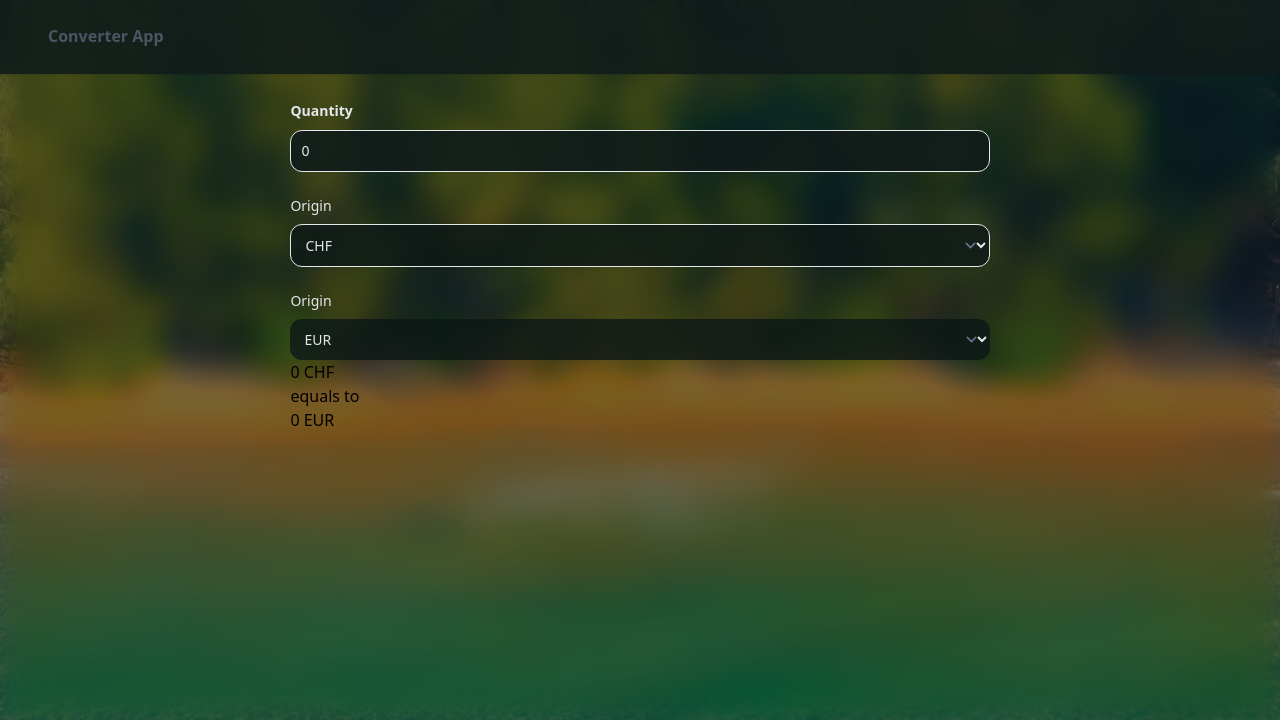
Repository: mikelCabezas/angular-exercices
Page: / (app in converter/)
These files come from the project's save history. The page is drawn as it stood at one moment and after the next save; the edit follows.
The browser window is 1280 px wide. The pictures show the whole page.
The project was rebuilt for these pictures with package versions that can differ from the ones it lists, and the page was loaded fresh each time. Some packages were replaced by stand-ins written for this rebuild. Also part of the build but not shown: converter/angular.json.

Above is the page before, as saved 2023-09-15 21:39:58.

### converter/src/styles.css
@tailwind base;
@tailwind components;
@tailwind utilities;

body {
    background-image: url('./assets/sunset-beach.jpeg');
    background-position: center;
}

### converter/src/app/app.module.ts
import { NgModule } from '@angular/core';
import { BrowserModule } from '@angular/platform-browser';
import { FormsModule } from '@angular/forms';

import { AppComponent } from './app.component';
import { NavbarComponent } from './components/navbar/navbar.component';
import { ConverterComponent } from './components/converter/converter.component';

@NgModule({
  declarations: [
    AppComponent,
    NavbarComponent,
    ConverterComponent
  ],
  imports: [
    BrowserModule,
    FormsModule
  ],
  providers: [],
  bootstrap: [AppComponent]
})
export class AppModule { }

### converter/src/app/app.component.ts
import { Component } from '@angular/core';

@Component({
  selector: 'app-root',
  templateUrl: './app.component.html',
  styleUrls: ['./app.component.css']
})
export class AppComponent {
  title = 'converter';
}

### converter/src/app/components/converter/converter.component.ts
import { Component } from '@angular/core';

@Component({
  selector: 'app-converter',
  templateUrl: './converter.component.html',
  styleUrls: ['./converter.component.css']
})
export class ConverterComponent {
  quantity = 0
  convertedQuantity = 0
  currency = 'CHF'
  convertTo = 'EUR'

  currencies: string[] = ['EUR', 'USD', 'CHF']

  converse() {
    switch (this.currency) {
      case 'CHF':
        if (this.convertTo === 'CHF') this.convertedQuantity = this.quantity
        if (this.convertTo === 'EUR') this.convertedQuantity = this.quantity
        break;
      case 'EUR':

        break;
      case 'USD':

        break;
    }
  }
}

### converter/src/app/app.component.html
<div class="root min-w-screen min-h-screen bg-gray-900Z bg-[#11192890] backdrop-saturate-200 backdrop-blur-lg">
    <app-navbar/>
    <app-converter/>
</div>

### converter/src/app/components/navbar/navbar.component.html
<nav class="shadow bg-[rgba(16,28,26,0.9)] ">
    <div class="container flex items-center  p-6 mx-auto text-gray-600 capitalize dark:text-gray-300">
        <a href="#" class="border-b-2 border-transparent hover:text-gray-800 dark:hover:text-gray-200 hover:border-blue-500 mx-1.5 sm:mx-6 font-bold">
            Converter App
        </a>
    </div>
</nav>

### converter/src/app/components/converter/converter.component.html
<div class="container mx-auto p-6 flex justify-center">
    <div class="row w-3/5">
        <div class="col px-5">
            <div class="mb-6">
                <label for="email" class="text-sm text-gray-200 font-bold">Quantity</label>
                <input [(ngModel)]="quantity" (input)="converse()" type="number" placeholder="Quantity..." class="mt-2 flex w-full items-center justify-center rounded-xl border bg-[rgba(16,28,26,0.9)] p-2.5 text-sm outline-none border-gray-200 placeholder-gray-400 text-gray-200">
            </div>
        </div>
        <div class="col px-5 mb-6">
            <label for="currency" class="block mb-2 text-sm font-medium text-gray-200">Origin</label>
            <select id="currency" placeholder="Choose a currency" class="text-sm rounded-xl block w-full p-2.5 bg-[rgba(13,24,23,0.8)] border-gray-200 border-[1px] placeholder-gray-400 text-gray-200 focus:white" [(ngModel)]="currency" (change)="converse()">
                <option *ngFor="let singleCurrency of currencies">{{singleCurrency}}</option>

            </select>
        </div>
        <div class="col px-5">
            <label for="conversion" class="block mb-2 text-sm font-medium text-gray-200">Origin</label>
            <select id="conversion" placeholder="Choose a currency" class="text-sm rounded-xl block w-full p-2.5 bg-[rgba(13,24,23,0.8)] border-gray-200 borderx-[1px] placeholder-gray-200 text-gray-200 focus:white" [(ngModel)]="convertTo" (change)="converse()">
                <option *ngFor="let singleCurrency of currencies">{{singleCurrency}}</option>
            </select>
        </div>
        <div class="col px-5 text center">
            <div>
                <p>{{quantity}} {{currency}}</p>
            </div>
            <div>
                <p>equals to</p>
            </div>
            <div>
                <p>{{convertedQuantity}} {{convertTo}}</p>
            </div>
        </div>
    </div>
</div>

### converter/src/app/components/converter/converter.component.css
select {
    background: rgba(13, 24, 23, 0.8) url("data:[embedded picture, 232 characters]");
    background-position: right 0.5rem center;
    background-repeat: no-repeat;
    background-size: 1.5em 1.5em;
}

Loaded but not shown: converter/src/index.html (common file); converter/src/main.ts (common file); converter/src/app/components/navbar/navbar.component.ts (common file); converter/tailwind.config.js (common file)

After the next save:
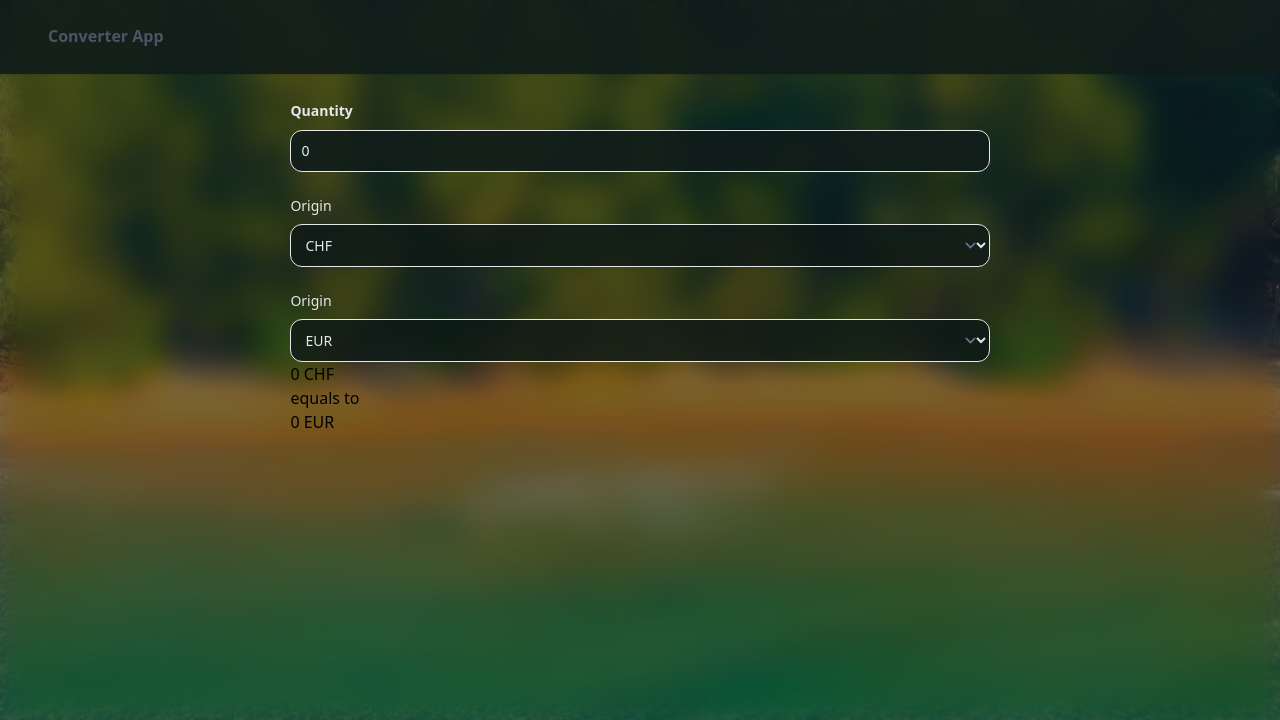
Saved 10 s later.
--- a/converter/src/app/components/converter/converter.component.html
+++ b/converter/src/app/components/converter/converter.component.html
@@ -15,7 +15,7 @@
         </div>
         <div class="col px-5">
             <label for="conversion" class="block mb-2 text-sm font-medium text-gray-200">Origin</label>
-            <select id="conversion" placeholder="Choose a currency" class="text-sm rounded-xl block w-full p-2.5 bg-[rgba(13,24,23,0.8)] border-gray-200 borderx-[1px] placeholder-gray-200 text-gray-200 focus:white" [(ngModel)]="convertTo" (change)="converse()">
+            <select id="conversion" placeholder="Choose a currency" class="text-sm rounded-xl block w-full p-2.5 bg-[rgba(13,24,23,0.8)] border-gray-200 border-[0.5px] placeholder-gray-200 text-gray-200 focus:white" [(ngModel)]="convertTo" (change)="converse()">
                 <option *ngFor="let singleCurrency of currencies">{{singleCurrency}}</option>
             </select>
         </div>
